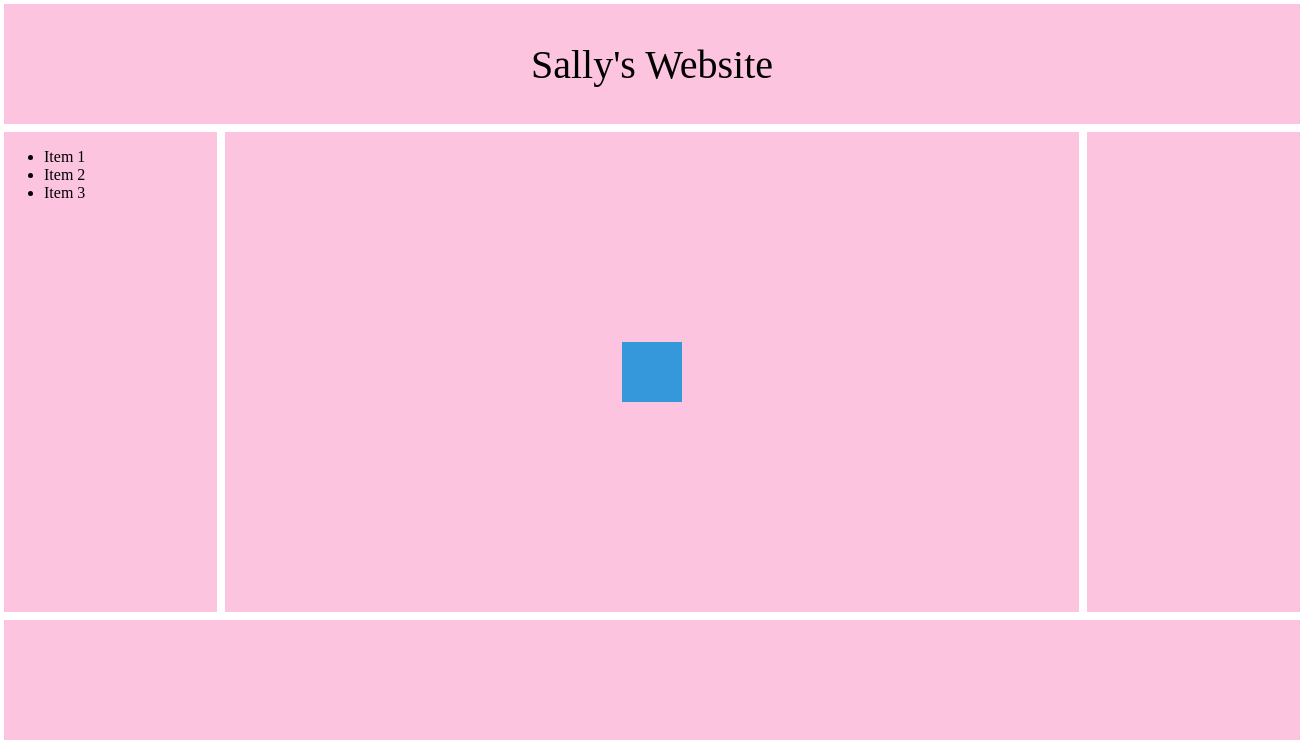
Repository: tianjiewang2022/tianjiewang2022.github.io
Page: index.html
The author's editor kept a copy of each file at every save. The page is drawn from the files as they stood at one save, then again after the next save.
The browser window is 1280 px wide. The page is 1304 px wide, so the pictures cover 1304 px, including what lies to the right of the window. The pictures show the whole page.

Above is the page before, as saved 2023-10-02 23:59:17.

After the next save:
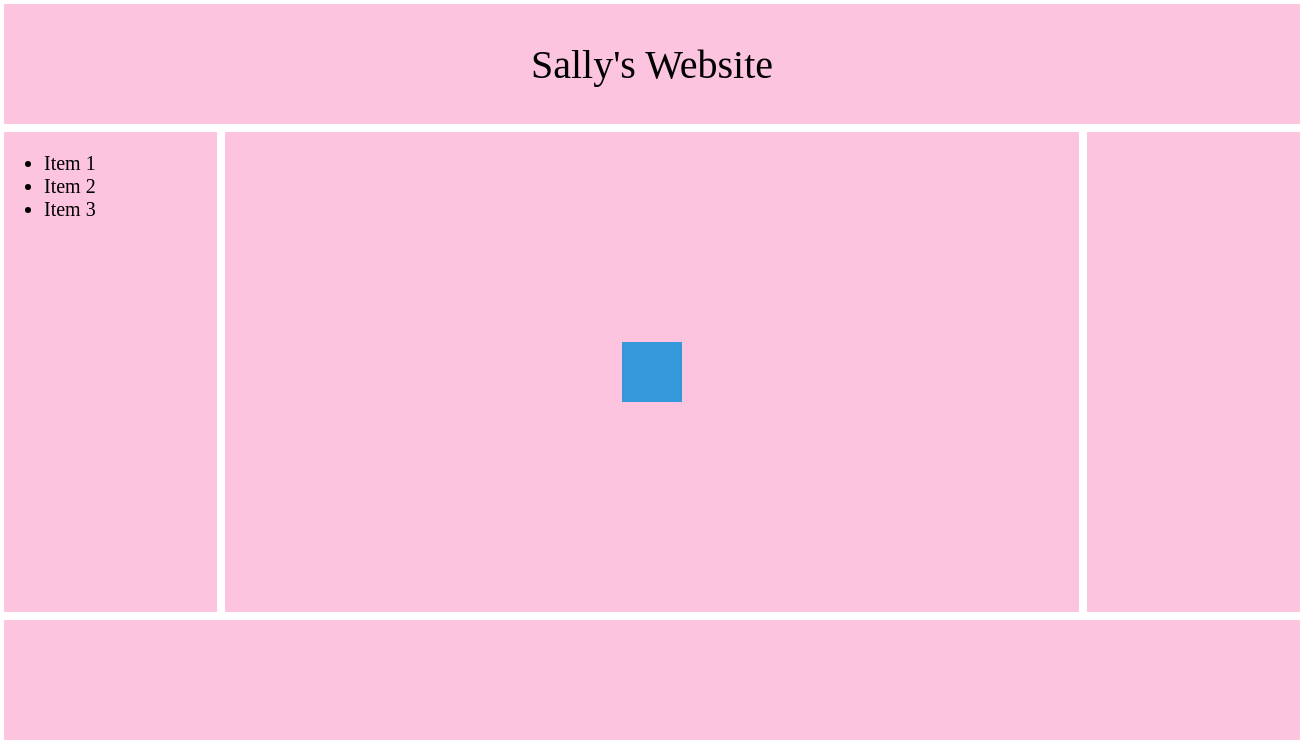
Saved 2 min 47 s later.
--- a/index.html
+++ b/index.html
@@ -32,6 +32,7 @@
 
             .left_bar {
                 background-color: rgb(252, 196, 223);
+                color: rgb(0, 0, 0);
                 grid-row: 2 / span 4;
                 grid-column: 1 / span 1;
                 height: calc(4 * (100vh / 6));
@@ -40,6 +41,22 @@
                 /* Set the width of the left bar */
                 /* Position the left bar at the left side */
                 border: 4px solid #fff;
+                font-size: 20px;
+            }
+
+            .left-side-ul {
+                grid-row: 2 / span 3;
+                /* Adjust the row placement */
+                grid-column: 1 / span 1;
+                padding: 20px;
+                /* Add padding for spacing */
+            }
+
+            .left-side-ul li {
+                list-style: none;
+                margin: 5px 0;
+                /* Add vertical margin between list items */
+                font-size: 18px;
             }
 
             .main_area {

After the save that followed:
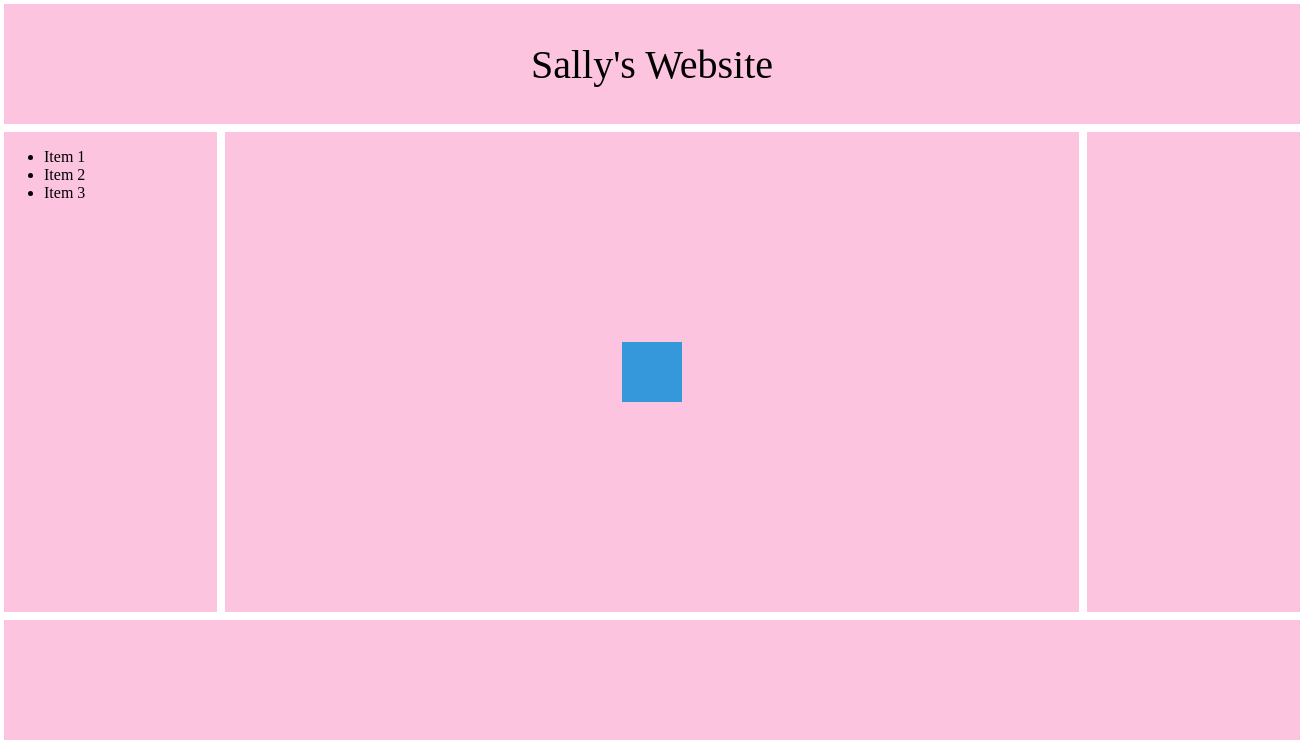
Saved 52 s later.
--- a/index.html
+++ b/index.html
@@ -32,7 +32,6 @@
 
             .left_bar {
                 background-color: rgb(252, 196, 223);
-                color: rgb(0, 0, 0);
                 grid-row: 2 / span 4;
                 grid-column: 1 / span 1;
                 height: calc(4 * (100vh / 6));
@@ -41,7 +40,7 @@
                 /* Set the width of the left bar */
                 /* Position the left bar at the left side */
                 border: 4px solid #fff;
-                font-size: 20px;
+
             }
 
             .left-side-ul {
